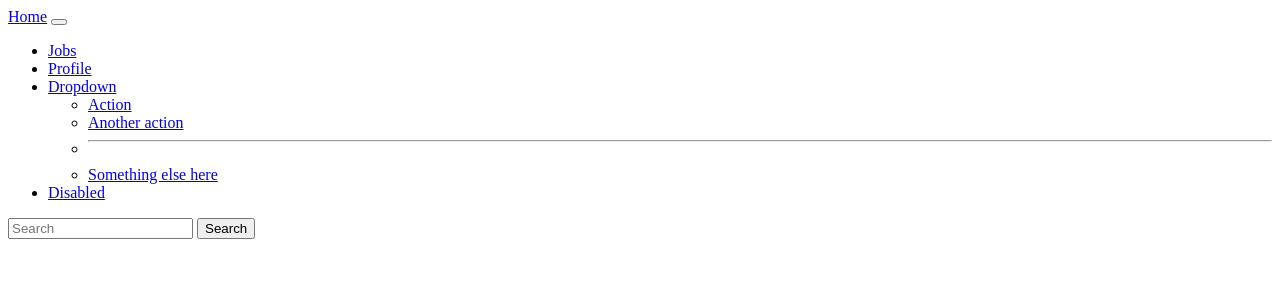
Repository: IT21221064/JobPortal
Page: Project/JobApp/src/main/webapp/nav.html
These files come from the project's save history. The page is drawn as it stood at one moment and after the next save; the edit follows.
The browser window is 1280 px wide. The pictures show the whole page.

Above is the page before, as saved 2023-07-15 22:53:04.

### Project/JobApp/src/main/webapp/nav.html
<nav class="navbar navbar-expand-lg navbar-light bg-light">
  <div class="container-fluid">
    <a class="navbar-brand" href="/JobApp/login.jsp">Home</a>
    <button class="navbar-toggler" type="button" data-bs-toggle="collapse" data-bs-target="#navbarSupportedContent" aria-controls="navbarSupportedContent" aria-expanded="false" aria-label="Toggle navigation">
      <span class="navbar-toggler-icon"></span>
    </button>
    <div class="collapse navbar-collapse" id="navbarSupportedContent">
      <ul class="navbar-nav me-auto mb-2 mb-lg-0">
        <li class="nav-item">
          <a class="nav-link active" aria-current="page" href="#">Jobs</a>
        </li>
        <li class="nav-item">
          <a class="nav-link" href="/JobApp/profile.jsp">Profile</a>
        </li>
        <li class="nav-item dropdown">
          <a class="nav-link dropdown-toggle" href="#" id="navbarDropdown" role="button" data-bs-toggle="dropdown" aria-expanded="false">
            Dropdown
          </a>
          <ul class="dropdown-menu" aria-labelledby="navbarDropdown">
            <li><a class="dropdown-item" href="#">Action</a></li>
            <li><a class="dropdown-item" href="#">Another action</a></li>
            <li><hr class="dropdown-divider"></li>
            <li><a class="dropdown-item" href="#">Something else here</a></li>
          </ul>
        </li>
        <li class="nav-item">
          <a class="nav-link disabled" href="#" tabindex="-1" aria-disabled="true">Disabled</a>
        </li>
      </ul>
      <form class="d-flex">
        <input class="form-control me-2" type="search" placeholder="Search" aria-label="Search">
        <button class="btn btn-outline-success" type="submit">Search</button>
      </form>
    </div>
  </div>
</nav>

After the next save:
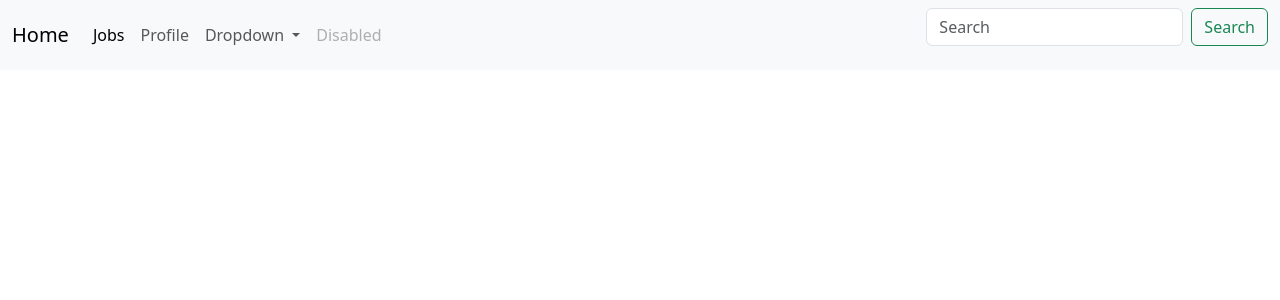
Saved 118 s later.
--- a/Project/JobApp/src/main/webapp/nav.html
+++ b/Project/JobApp/src/main/webapp/nav.html
@@ -1,3 +1,5 @@
+<link href="https://cdn.jsdelivr.net/npm/bootstrap@5.3.0/dist/css/bootstrap.min.css" rel="stylesheet" integrity="sha384-9ndCyUaIbzAi2FUVXJi0CjmCapSmO7SnpJef0486qhLnuZ2cdeRhO02iuK6FUUVM" crossorigin="anonymous">
+
 <nav class="navbar navbar-expand-lg navbar-light bg-light">
   <div class="container-fluid">
     <a class="navbar-brand" href="/JobApp/login.jsp">Home</a>
